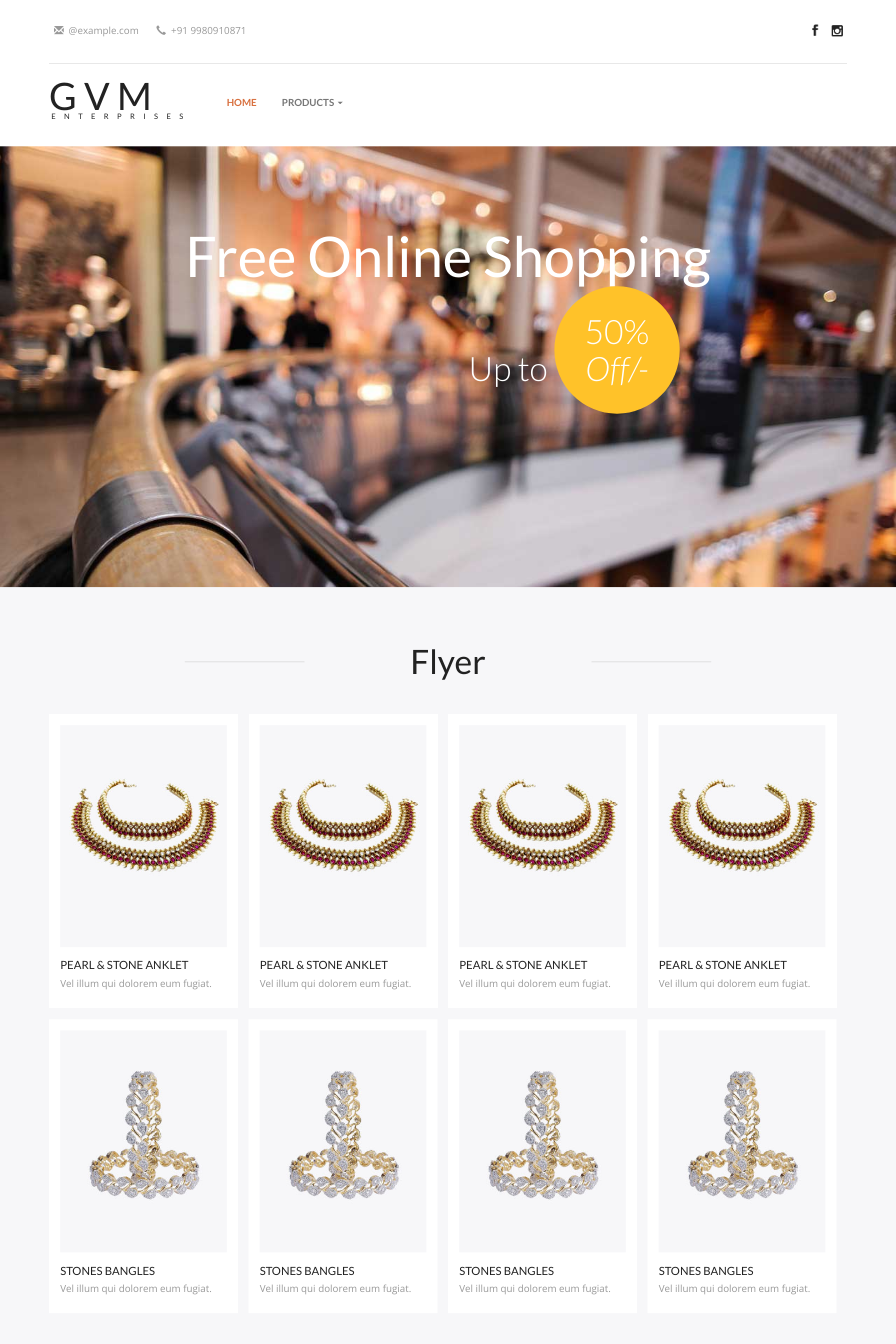
Repository: vinodmealla/flyerworkspace
Page: com.gvm.websample1/src/main/webapp/WEB-INF/index.html
An editor plug-in stored every save of this project. The page is shown before and after the next save, followed by the edit.
The browser window is 1280 px wide. The pictures show the part of the page from y = 0 to 1920 px (the page is 2579 px tall), at 70% of full size.

Above is the page before, as saved 2017-10-03 09:30:40.
Console error: SyntaxError: Unexpected token '('

After the next save:
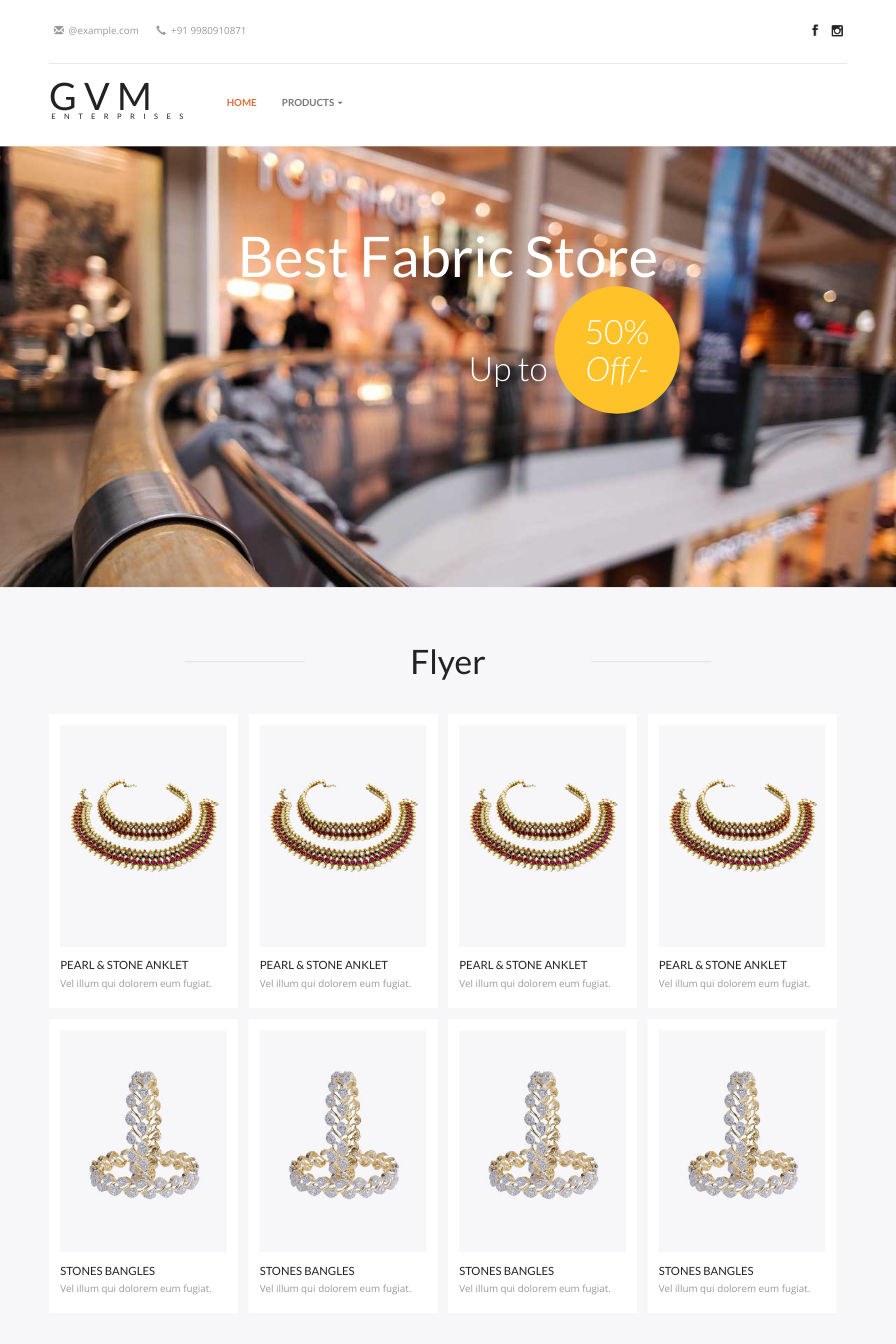
Saved 5 min 21 s later.
--- a/com.gvm.websample1/src/main/webapp/WEB-INF/index.html
+++ b/com.gvm.websample1/src/main/webapp/WEB-INF/index.html
@@ -199,7 +199,7 @@
 	<div class="banner">
 		<div class="container">
 			<div class="banner-info animated wow zoomIn" data-wow-delay=".5s">
-				<h3>Free Online Shopping</h3>
+				<h3>Best Fabric Store</h3>
 				<h4>Up to <span>50% <i>Off/-</i></span></h4>
 				<div class="wmuSlider example1">
 					<div class="wmuSliderWrapper">
